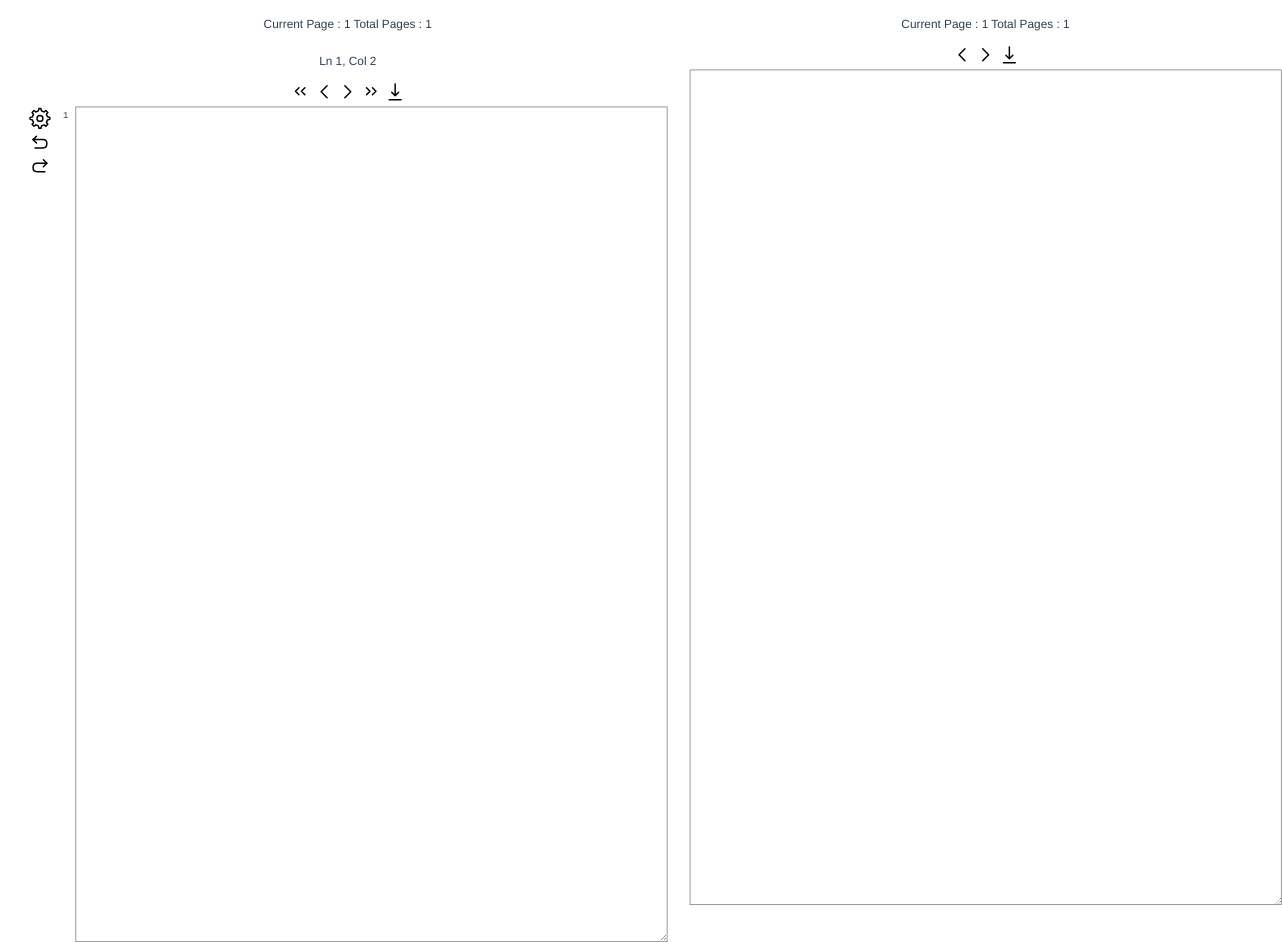
Repository: 321paranoiawhy/online-resume
Page: /
The author's editor kept a copy of each file at every save. The page is drawn from the files as they stood at one save, then again after the next save.
The browser window is 1280 px wide. The page is 1732 px wide, so the pictures cover 1732 px, including what lies to the right of the window. The pictures show the whole page, at 74% of full size.
The project was rebuilt for these pictures with package versions that can differ from the ones it lists, and the page was loaded fresh each time. Also part of the build but not shown: vue.config.js, src/components/Header.vue, src/components/Introduction.vue, src/components/Footer.vue.

Above is the page before, as saved 2022-05-29 14:02:35.

After the next save:
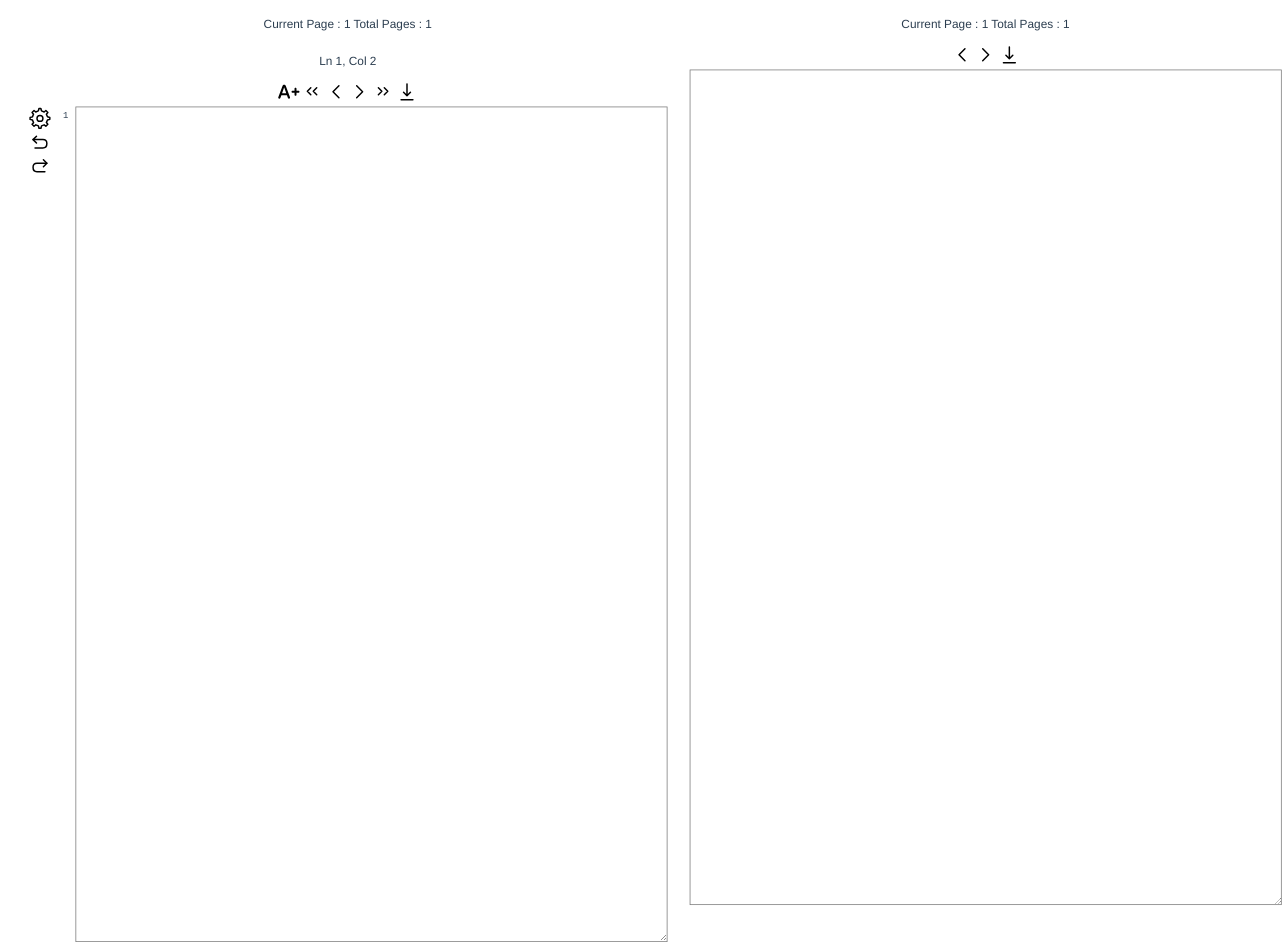
Saved 3 min 51 s later.
--- a/public/data/leftInputImage.json
+++ b/public/data/leftInputImage.json
@@ -1,4 +1,7 @@
 [
+    {
+        "img_src": "IcRoundTextIncrease"
+    },
     {
         "img_src": "IconoirFastArrowLeft"
     },
